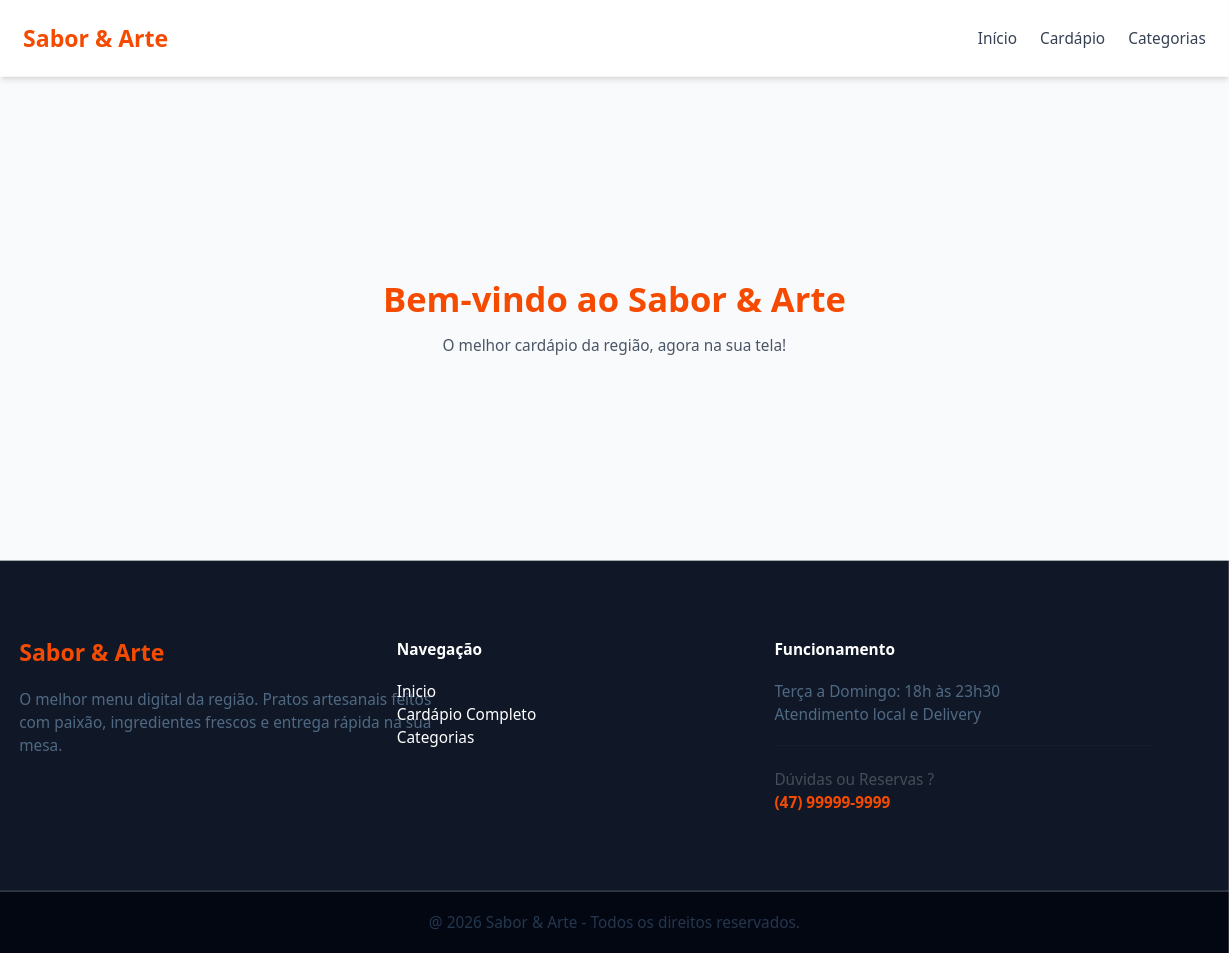
Repository: DiegoWWeege/pair-programming-next-js
Page: / (app in next-js-project/)
These files come from the project's save history. The page is drawn as it stood at one moment and after the next save; the edit follows.
The browser window is 1280 px wide. The pictures show the whole page, at 96% of full size.
The project was rebuilt for these pictures with package versions that can differ from the ones it lists, and the page was loaded fresh each time. The framework's server and built-in components were replaced by stand-ins that run in the browser. Also part of the build but not shown: next-js-project/next.config.ts.

Above is the page before, as saved 2026-09-18 19:01:40.

### next-js-project/src/app/layout.tsx
import type { Metadata } from "next";
import "./globals.css";
import {Inter, Montserrat} from "next/font/google"
import NavBar from "@/components/NavBar";
import Footer from "@/components/Footer";

const inter = Inter({subsets: ["latin"], variable : "--font-inter"});

const montserrat = Montserrat({ subsets: ["latin"], variable: "--font-montserrat"})

export const metadata: Metadata = {
  title: "Menu Digital - Restaurante",
  description: "Desenvolvido por Diego e Cherpinski",
};

export default function RootLayout({ children }: LayoutProps<"/">) {
  return (
    <html
      lang="pt-br"
    >
      <body className="bg-gray-50 antialiased">
        <NavBar></NavBar>
        {children}
        <Footer/>

      </body>
    </html>
  );
}

### next-js-project/src/app/page.tsx
import Image from "next/image";
import Footer from "../components/Footer";
import NavBar from "@/components/NavBar";

export default function Home() {
  return (
    <div>
      <main className="flex flex-col items-center justify-center min-h-[70vh]">
        <h1 className="text-4xl font-bold text-orange-600 ">Bem-vindo ao Sabor & Arte</h1>
        <p className="mt-4 text-gray-600">O melhor cardápio da região, agora na sua tela!</p>
      </main>
    </div>
  );
}

### next-js-project/src/components/NavBar.tsx
import Link from "next/link";


export default function NavBar(){

    return (
        <nav className="flex items-center justify-between p-6 bg-white shadow-md">
            <h2 className="text-2xl font-bold text-orange-600">Sabor & Arte</h2>

            <div className="flex gap-6">
                <Link href= "/" className="text-gray-700 hover:text-orange-600 font-medium">Início</Link>

                <Link href= "/cardapio" className="text-gray-700 hover:text-orange-600 font-medium">Cardápio</Link>

                <Link href= "/categorias" className="text-gray-700 hover:text-orange-600 font-medium">Categorias</Link>
            </div>

        </nav>
    );
}

### next-js-project/src/components/Footer.tsx
import Link from "next/link"

export default function Footer(){

    return(

        <footer>
           <div className="grid grid-cols-3 bg pl-5 bg-[#101828] p-20">
                <div>
                    <h2 className="font-bold text-orange-600 text-2xl mb-5 ">
                        Sabor & Arte
                    </h2>

                    <p className="w-110 mb-5 w-60 text-[#506982]">
                        O melhor menu digital da região. Pratos artesanais feitos com
                        paixão, ingredientes frescos e entrega rápida na sua mesa.
                    </p>
                </div>

                <div>
                    <h3 className = "text-white font-bold mb-5">
                        Navegação
                    </h3>

                    <Link className = "block text-white" href="/">Inicio</Link>
                    <Link className = "block text-white" href="/cardapio">Cardápio Completo</Link>
                    <Link className = "block text-white" href="/categorias">Categorias</Link>
                </div>

                <div>
                    <h3 className="text-white font-bold mb-5">
                        Funcionamento
                    </h3>

                    <p className="mb-5 w-60 text-[#506982]">
                        Terça a Domingo: 18h às 23h30
                        Atendimento local e Delivery
                    </p>

                    <hr className="border-[#151E2E] h-1"/>

                    <p className="mt-5 text-[#444E56]">
                        Dúvidas ou Reservas ?
                    </p>

                    <strong className="text-orange-600">
                        (47) 99999-9999
                    </strong>
                </div>

           </div>

            <hr className="border-[#151E2E] "/>

           <div className = "flex items-center justify-center p-5 bg-[#030712]">
                    <p className="text-[#25374E]">
                        @ 2026 Sabor & Arte - Todos os direitos reservados.
                    </p>
            </div>
        </footer>
    )

}

Loaded but not shown: next-js-project/src/app/globals.css (common file)

After the next save:
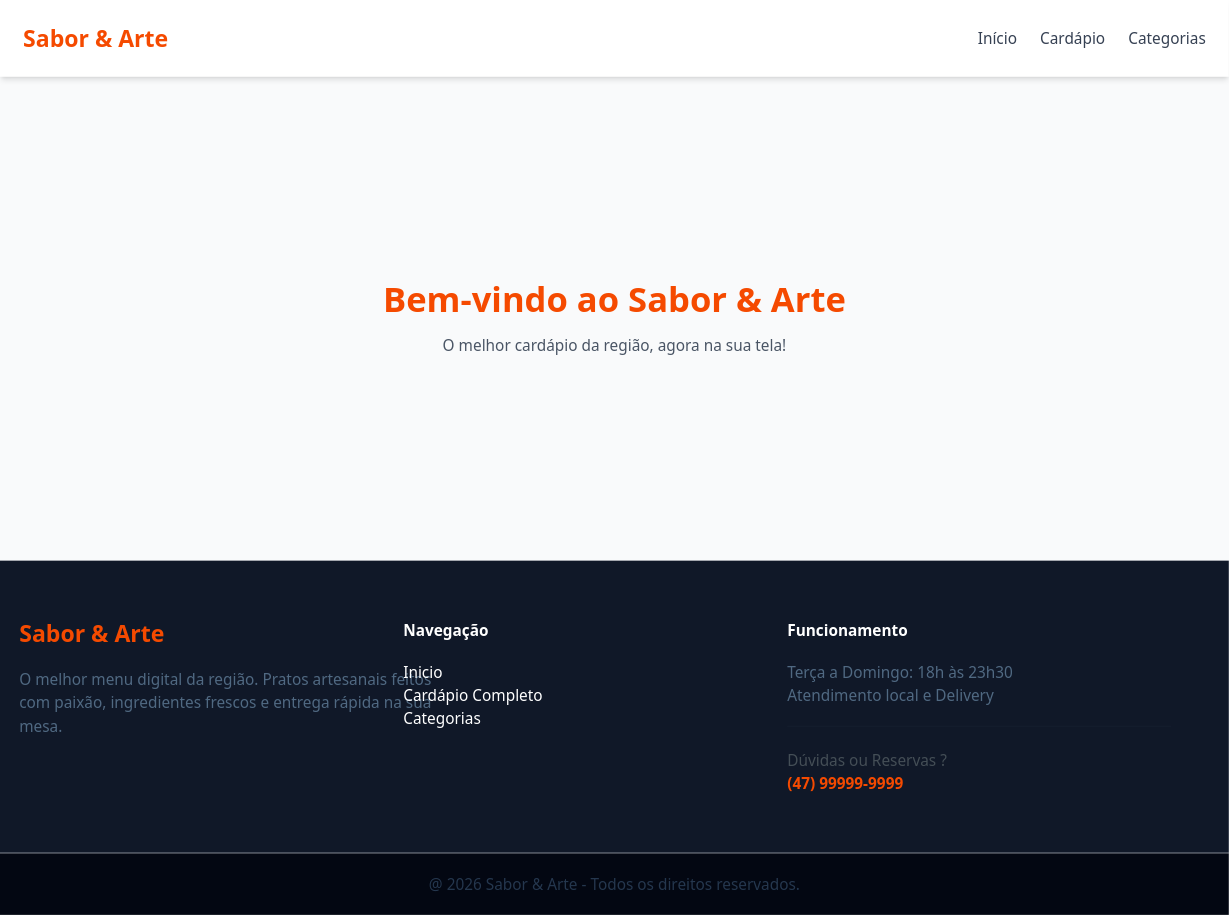
Saved 4 s later.
--- a/next-js-project/src/components/Footer.tsx
+++ b/next-js-project/src/components/Footer.tsx
@@ -5,7 +5,7 @@ export default function Footer(){
     return(
 
         <footer>
-           <div className="grid grid-cols-3 bg pl-5 bg-[#101828] p-20">
+           <div className="grid grid-cols-3 bg pl-5 bg-[#101828] p-15">
                 <div>
                     <h2 className="font-bold text-orange-600 text-2xl mb-5 ">
                         Sabor & Arte
